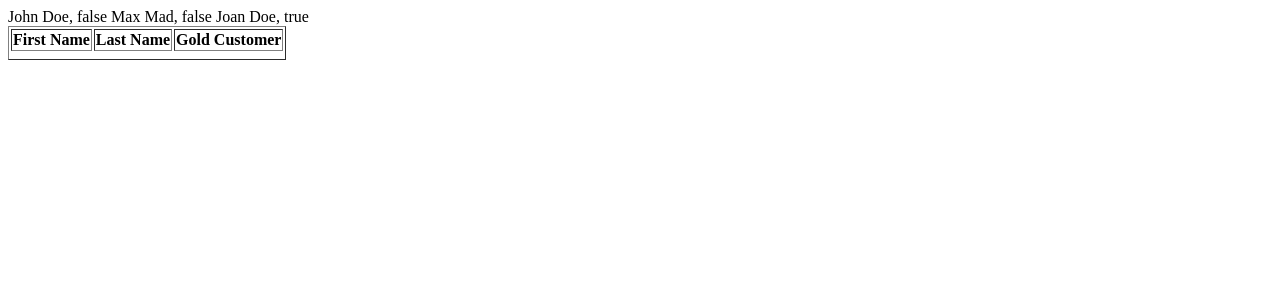
Repository: atonizer/workspace
Page: http://localhost/tagdemo/if-student-test.jsp
An editor plug-in stored every save of this project. The page is shown before and after the next save, followed by the edit.
The browser window is 1280 px wide. The pictures show the whole page.
The page is served by Tomcat 9.

Above is the page before, as saved 2016-08-22 13:45:33.

After the next save:
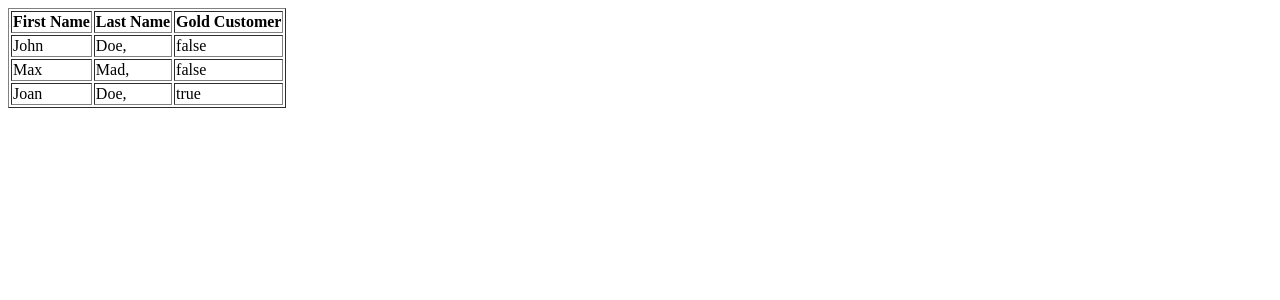
Saved 72 s later.
--- a/tagdemo/WebContent/if-student-test.jsp
+++ b/tagdemo/WebContent/if-student-test.jsp
@@ -28,7 +28,9 @@
 	</tr>
 	<c:forEach var="tempStudent" items="${myStudemts}">
 	 <tr>
-	 ${tempStudent.firstName} ${tempStudent.lastName}, ${tempStudent.goldCustomer}
+	 	<td>${tempStudent.firstName}</td>
+	 	 <td>${tempStudent.lastName},</td>
+	 	 <td>${tempStudent.goldCustomer}</td>
 	 </tr>
 	</c:forEach>
 	</table>
